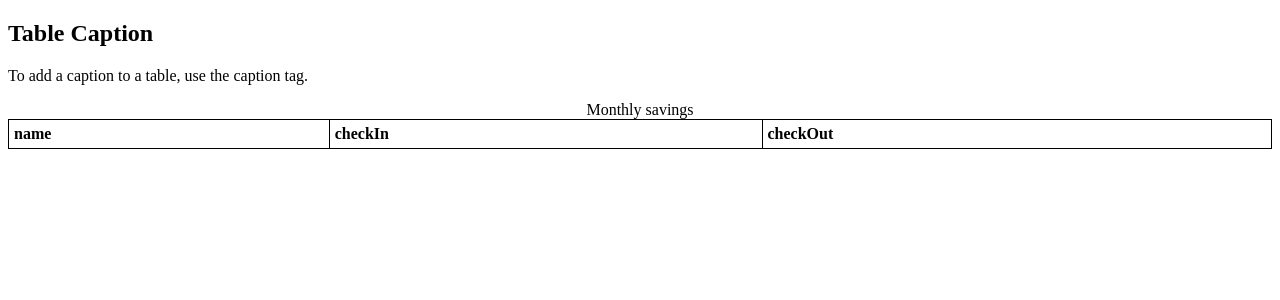
Repository: marianatudo/trabajo-final-progra-2
Page: templates/myReservations.html
The author's editor kept a copy of each file at every save. The page is drawn from the files as they stood at one save, then again after the next save.
The browser window is 1280 px wide. The pictures show the whole page.

Above is the page before, as saved 2021-03-23 16:18:10.

### templates/myReservations.html
<!DOCTYPE html>
<html>

<head>
    <style>
        table,
        th,
        td {
            border: 1px solid black;
            border-collapse: collapse;
        }

        th,
        td {
            padding: 5px;
            text-align: left;
        }
    </style>
</head>

<body>

    <h2>Table Caption</h2>
    <p>To add a caption to a table, use the caption tag.</p>

    <table style="width:100%">
        <caption>Monthly savings</caption>
        <tr>
            <th>name</th>
            <th>checkIn</th>
            <th>checkOut</th>
        </tr>
        <tr id="nameM">

        </tr>
        <tr id="checkInM">
        </tr>
        <tr id="checkOutM">
        </tr>
    </table>

</body>

</html>

After the next save:
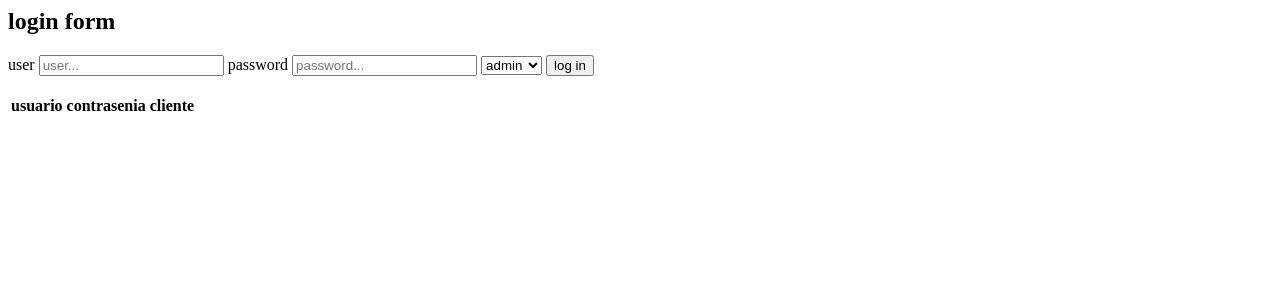
Saved 44 s later.
--- a/templates/myReservations.html
+++ b/templates/myReservations.html
@@ -1,44 +1,28 @@
-<!DOCTYPE html>
-<html>
+<div class="container">
+    <h2>login form</h2>
+    <span>user</span>
+    <input type="text" name="user" id="user" placeholder="user...">
+    <span>password</span>
+    <input type="text" name="passw" id="passw" placeholder="password...">
 
-<head>
-    <style>
-        table,
-        th,
-        td {
-            border: 1px solid black;
-            border-collapse: collapse;
-        }
 
-        th,
-        td {
-            padding: 5px;
-            text-align: left;
-        }
-    </style>
-</head>
+    <select id="rol" name="rol">
+        <option id="rol">admin</option>
+        <option id="rol">cliente</option>
+    </select>
+    <button onclick="logIn()">log in</button>
+    <br><br>
+</div>
 
-<body>
+<div>
+    <div>
+        <table>
+            <tr>
+                <th>usuario</th>
+                <th>contrasenia</th>
+                <th>cliente</th>
+            </tr>
 
-    <h2>Table Caption</h2>
-    <p>To add a caption to a table, use the caption tag.</p>
-
-    <table style="width:100%">
-        <caption>Monthly savings</caption>
-        <tr>
-            <th>name</th>
-            <th>checkIn</th>
-            <th>checkOut</th>
-        </tr>
-        <tr id="nameM">
-
-        </tr>
-        <tr id="checkInM">
-        </tr>
-        <tr id="checkOutM">
-        </tr>
-    </table>
-
-</body>
-
-</html>
+        </table>
+    </div>
+</div>
